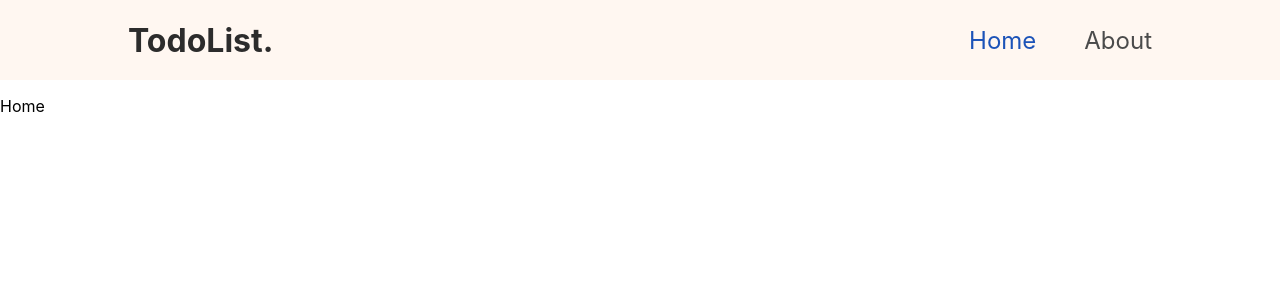
Repository: dqhuy153/react-todoList
Page: /
The author's editor kept a copy of each file at every save. The page is drawn from the files as they stood at one save, then again after the next save.
The browser window is 1280 px wide. The pictures show the whole page.
The project was rebuilt for these pictures with package versions that can differ from the ones it lists, and the page was loaded fresh each time. Also part of the build but not shown: src/components/UI/LoadingSpinner.module.scss.

Above is the page before, as saved 2021-09-16 19:17:31.

After the next save:
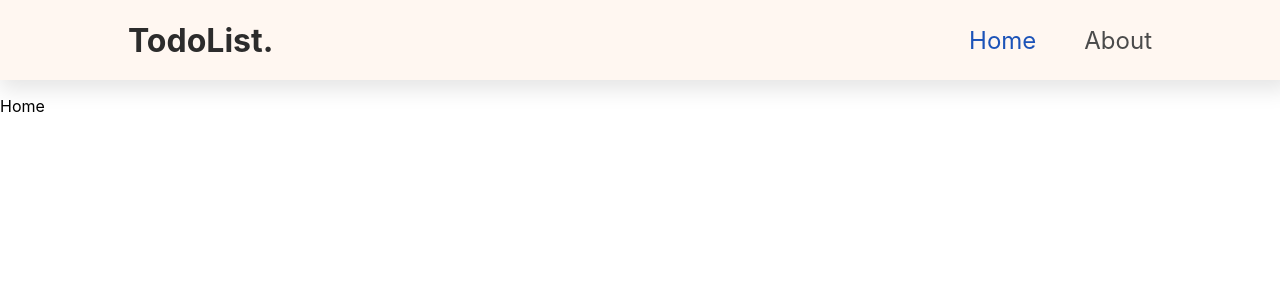
Saved 64 s later.
--- a/src/components/layout/AppNavigation.module.scss
+++ b/src/components/layout/AppNavigation.module.scss
@@ -6,6 +6,7 @@
   justify-content: space-between;
   background-color: #fff7f1;
   padding: 0 10%;
+  box-shadow: 5px 5px 20px 5px rgba(0, 0, 0, 0.1);
 }
 
 .logo {
